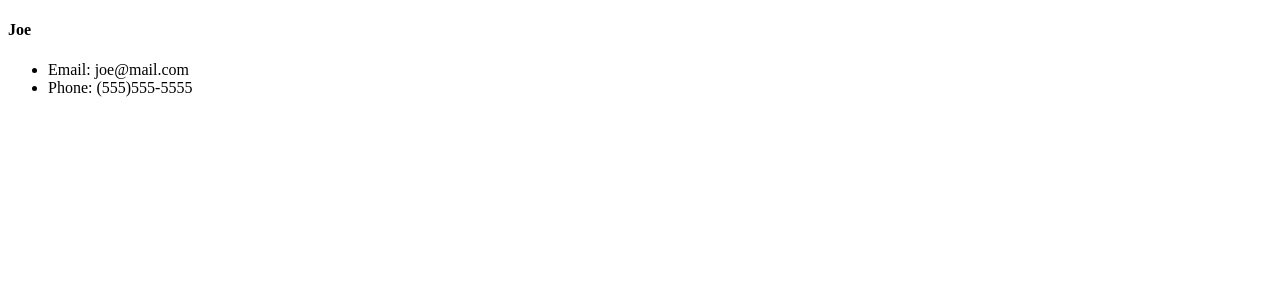
Repository: MikeTroianello/Contact-Manager
Page: /
The author's editor kept a copy of each file at every save. The page is drawn from the files as they stood at one save, then again after the next save.
The browser window is 1280 px wide. The pictures show the whole page.
The project was rebuilt for these pictures with package versions that can differ from the ones it lists, and the page was loaded fresh each time. Also part of the build but not shown: src/App.css.

Above is the page before, as saved 2019-05-18 23:19:49.

### src/App.js
import React from "react";
import Contact from "./components/Contact";
import "./App.css";
import Header from "./components/Header";

function App() {
  return (
    <div className="App">
      <Header />
      <Contact />
    </div>
  );
}

export default App;

### src/components/Contact.js
import React, { Component } from "react";

class Contact extends Component {
  render() {
    return (
      <div>
        <h4>Joe</h4>
        <ul>
          <li>Email: joe@mail.com</li>
          <li>Phone: (555)555-5555</li>
        </ul>
      </div>
    );
  }
}

export default Contact;

### src/components/Header.js
import React from "react";

export default function Header() {
  return <div />;
}

Loaded but not shown: src/index.js (common file); src/serviceWorker.js (common file)

After the next save:
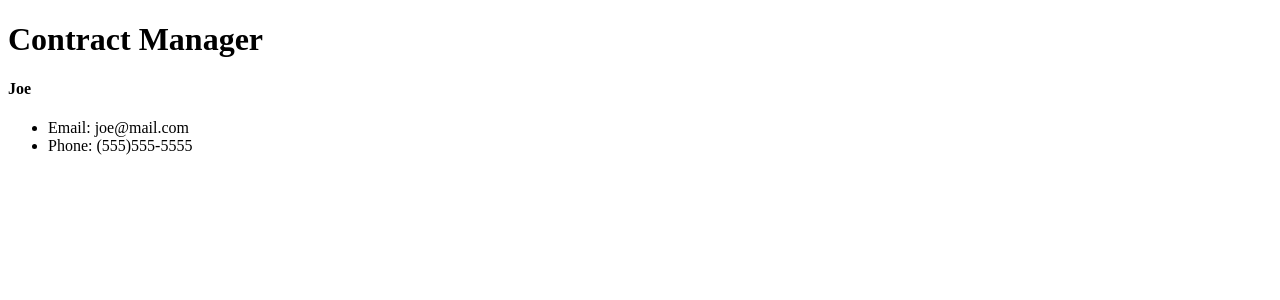
Saved 59 s later.
--- a/src/components/Header.js
+++ b/src/components/Header.js
@@ -1,5 +1,11 @@
 import React from "react";
 
-export default function Header() {
-  return <div />;
+function Header() {
+  return (
+    <div>
+      <h1>Contract Manager</h1>
+    </div>
+  );
 }
+
+export default Header;
